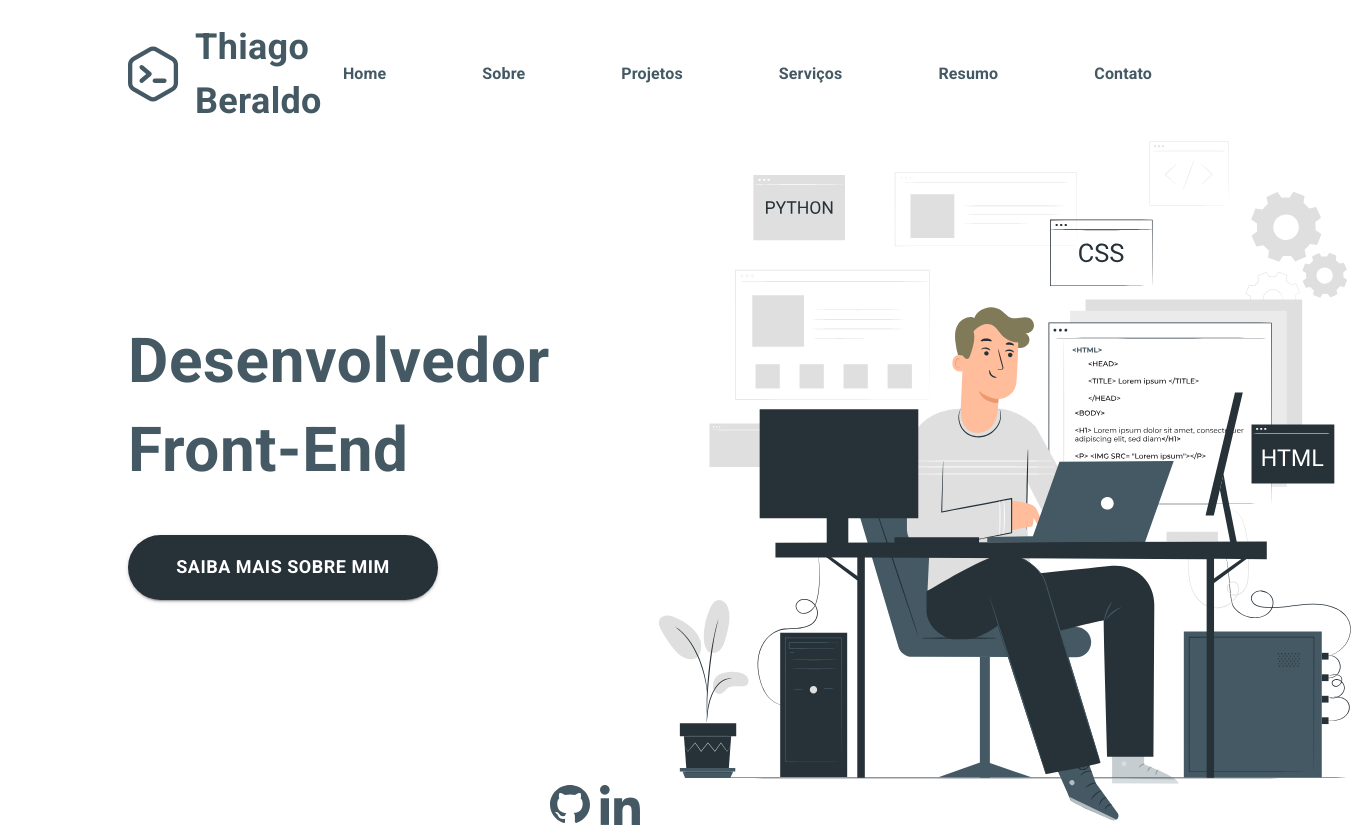
Repository: lenx0/myportfolio
Page: /
An editor plug-in stored every save of this project. The page is shown before and after the next save, followed by the edit.
The browser window is 1280 px wide. The page is 1361 px wide, then 1280 px, then 1361 px, so the pictures cover 1361 px, including what lies to the right of the window. The pictures show the whole page.
The project was rebuilt for these pictures with package versions that can differ from the ones it lists, and the page was loaded fresh each time. Also part of the build but not shown: vite.config.js.

Above is the page before, as saved 2024-06-07 10:41:37.

After the next save:
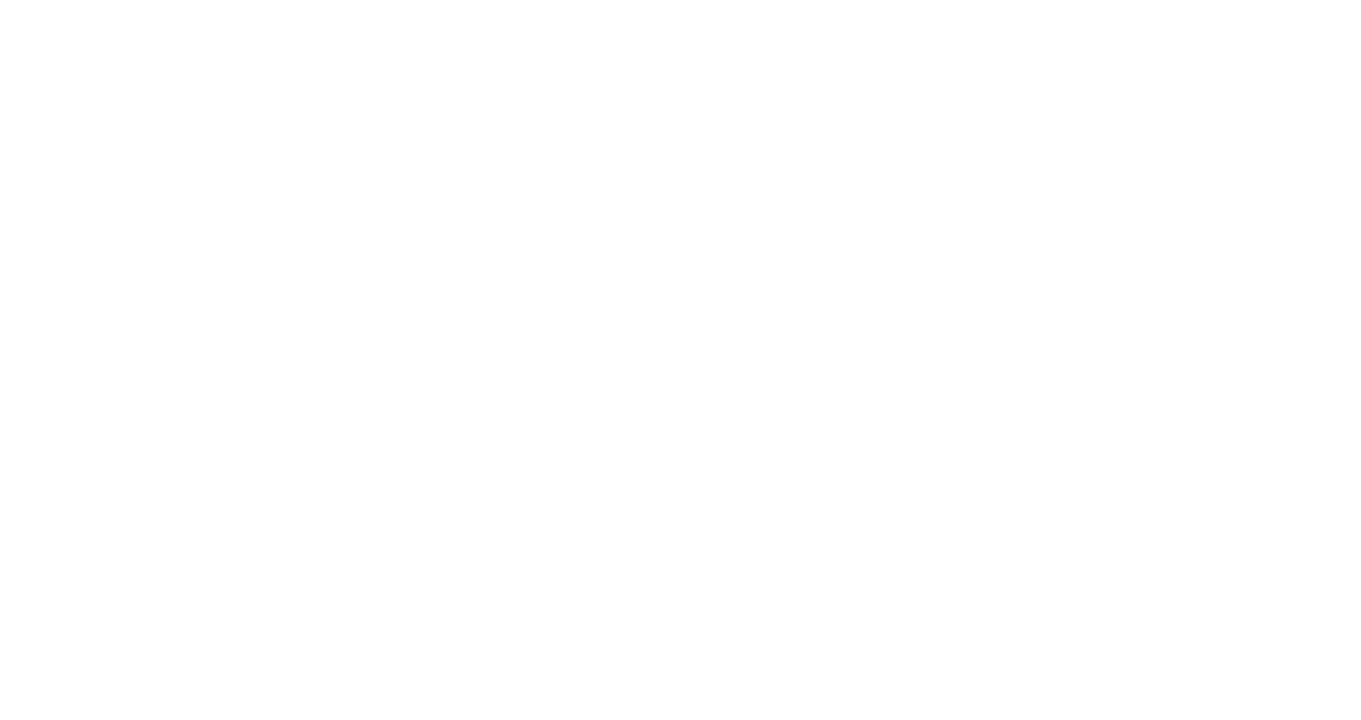
Console error: ReferenceError: titleStyle is not defined
Saved 22 s later.
--- a/src/components/Home/index.jsx
+++ b/src/components/Home/index.jsx
@@ -4,15 +4,6 @@
 import Linkedin from "/assets/icons/Linkedin.svg";
 
 const Home = () => {
-  const titleStyle = {
-    fontSize: 62,
-    fontWeight: 700,
-    color: "#445964",
-    flexShrink: 1,
-    mb: 5,
-    maxWidth: "50vw",
-  };
-
   return (
     <Grid
       container

After the 2 saves that followed:
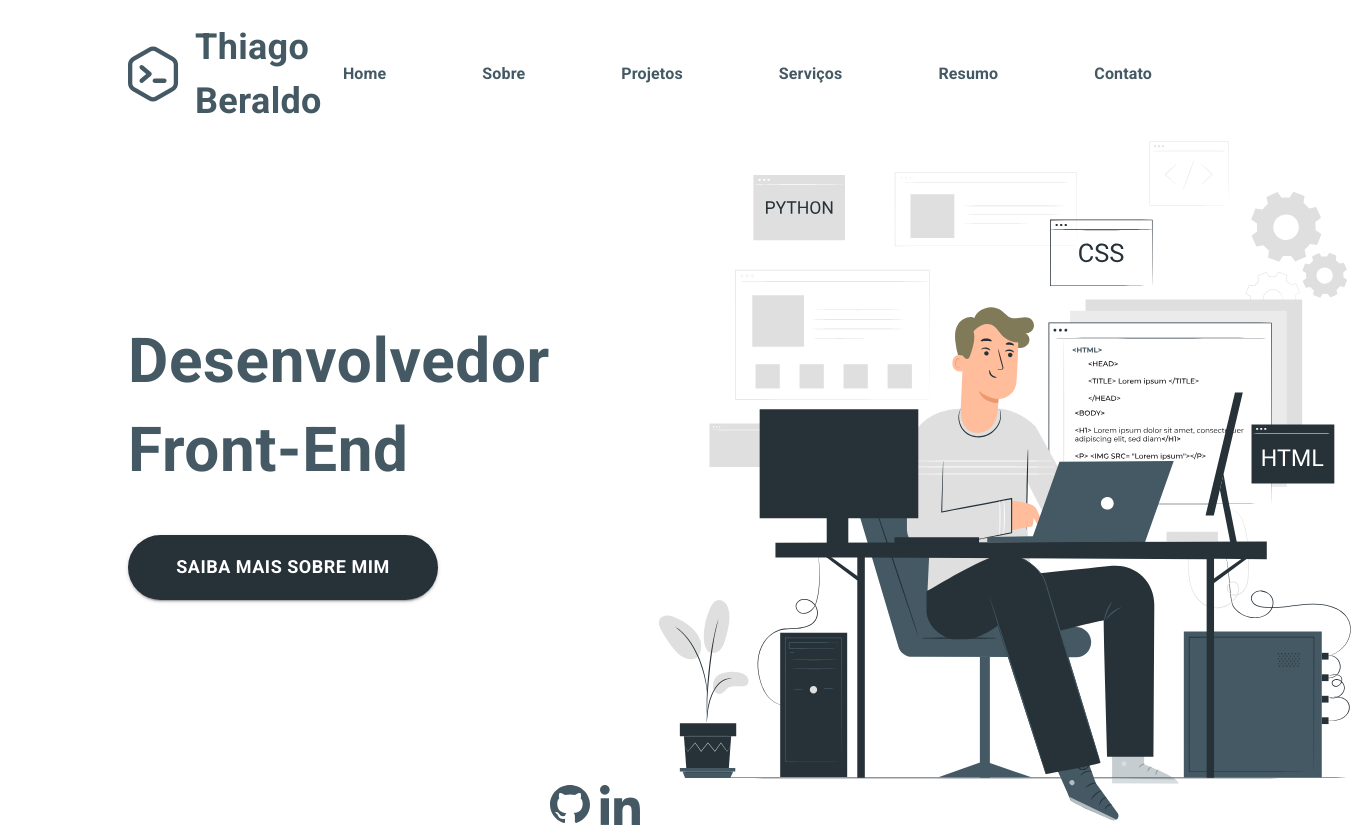
The error is gone.
The 2 saves are shown as one change because they came seconds apart.
The last was saved 7 s later.
--- a/src/components/Home/index.jsx
+++ b/src/components/Home/index.jsx
@@ -13,7 +13,17 @@
       wrap="nowrap"
     >
       <Grid item>
-        <Typography variant="body2" sx={titleStyle}>
+        <Typography
+          variant="body2"
+          sx={{
+            fontSize: 62,
+            fontWeight: 700,
+            color: "#445964",
+            flexShrink: 1,
+            mb: 5,
+            maxWidth: "50vw",
+          }}
+        >
           Desenvolvedor Front-End
         </Typography>
         <Button
